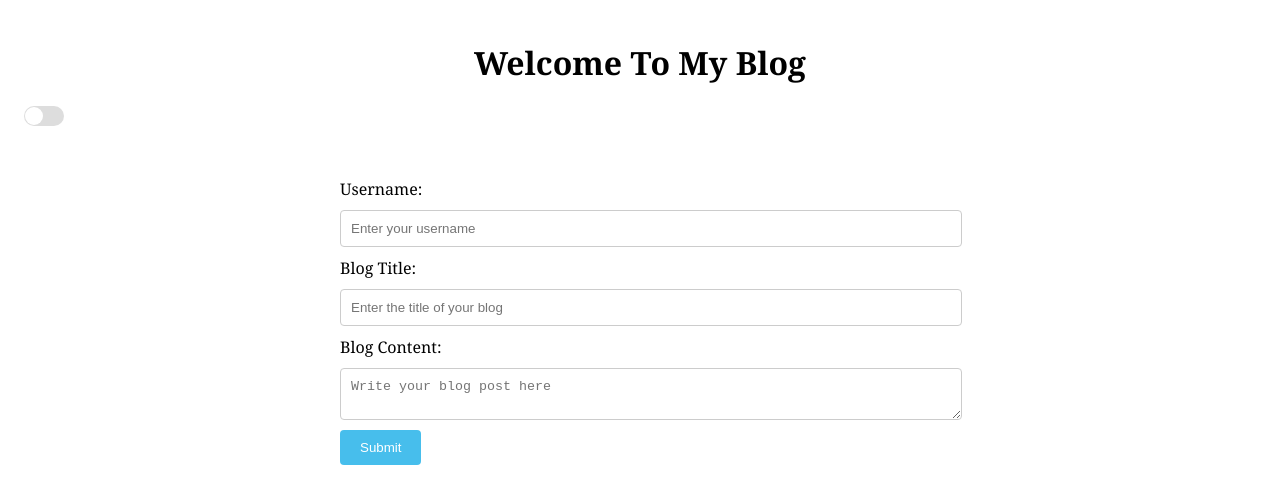
Repository: PaigeC001/WeatherOutlookTracker
Page: Challenge-4/index.html
An editor plug-in stored every save of this project. The page is shown before and after the next save, followed by the edit.
The browser window is 1280 px wide. The pictures show the whole page.

Above is the page before, as saved 2024-06-25 01:10:13.

### Challenge-4/index.html
<!DOCTYPE html>
<html>
<head>
  <title>Blog Form</title>
  <link rel="stylesheet" type="text/css" href="styles.css">
</head>
<body>
  <h1>Welcome To My Blog</h1>
  <div class="toggle-container">
    <input type="checkbox" id="toggle">
    <label for="toggle"></label>
  </div>
  <form>
    <label for="username">Username:</label>
    <input type="text" id="username" placeholder="Enter your username" required>

    <label for="title">Blog Title:</label>
    <input type="text" id="title" placeholder="Enter the title of your blog" required>

    <label for="content">Blog Content:</label>
    <textarea id="content" placeholder="Write your blog post here" required></textarea>

    <button type="submit">Submit</button>
  </form>
  <script src="script.js"></script>
</body>
</html>

### Challenge-4/styles.css
body {
  font-family: Cambria, Cochin, Georgia, Times, 'Times New Roman', serif, sans-serif;
  margin: 0;
  padding: 20px;
}

h1 {
  text-align: center;
}

form {
  max-width: 600px;
  margin: 0 auto;
}

label,
input,
textarea {
  display: block;
  width: 100%;
  margin-bottom: 10px;
}

input[type="text"],
textarea {
  padding: 10px;
  border: 1px solid #ccc;
  border-radius: 4px;
}

button {
  padding: 10px 20px;
  background-color: #47beec;
  color: #fff;
  border: none;
  border-radius: 4px;
  cursor: pointer;
}

button:hover {
  background-color: #192c46;
}

.toggle-container {
    text-align: center;
    margin-bottom: 20px;
  }

  .toggle-container label {
    display: inline-block;
    margin-right: 5px;
  }

  .toggle-container input[type="checkbox"] {
    position: relative;
    width: 40px;
    height: 20px;
    appearance: none;
    -webkit-appearance: none;
    background-color: #ddd;
    outline: none;
    border-radius: 10px;
    cursor: pointer;
  }

  .toggle-container input[type="checkbox"]:before {
    content: '';
    position: absolute;
    top: 1px;
    left: 1px;
    width: 18px;
    height: 18px;
    border-radius: 50%;
    background-color: #fff;
    transition: transform 0.3s ease;
  }

  .toggle-container input[type="checkbox"]:checked:before {
    transform: translateX(20px);
  }

  .dark-mode {
    background-color: #333;
    color: #fff;
  }

  .dark-mode input[type="text"],
  .dark-mode textarea {
    background-color: #555
    color #fff;
  }

### Challenge-4/script.js
const form = document.querySelector('form');

form.addEventListener('submit', function(event) {
  event.preventDefault();

  const username = document.getElementById('username').value;
  const title = document.getElementById('title').value;
  const content = document.getElementById('content').value;

  console.log('Username:', username);
  console.log('Title:', title);
  console.log('Content:', content);

const toggle = document.getElementById('toggle');
const body = document.body;

toggle.addEventListener('change', function() {
  body.classList.toggle('dark-mode');
});
});

const toggle = document.getElementById('toggle');
const body = document.body;

toggle.addEventListener('change', function() {
    body.classList.toggle('dark-mode');
});

After the next save:
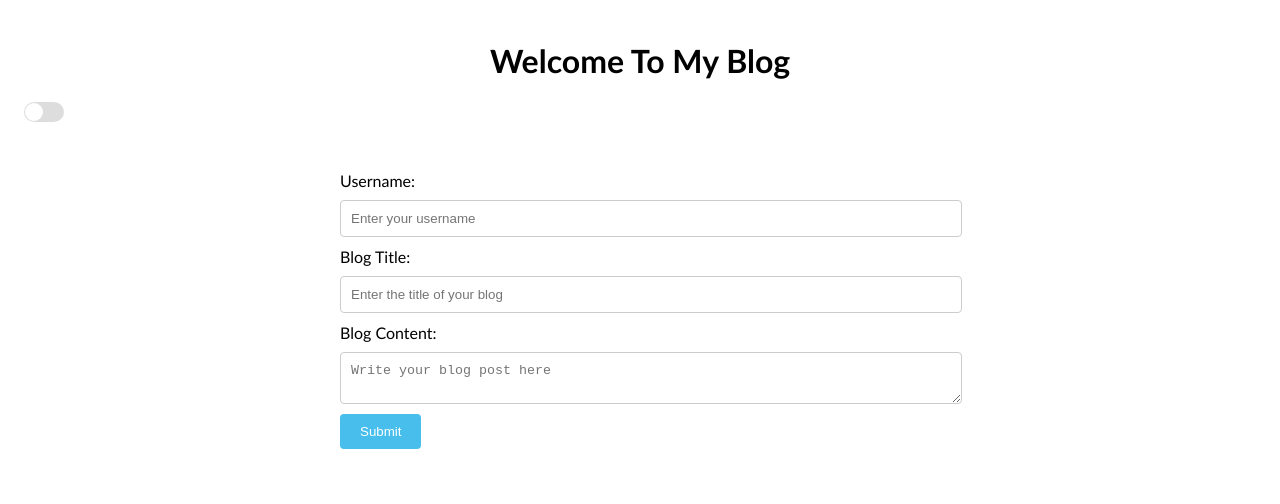
Saved 46 s later.
--- a/Challenge-4/styles.css
+++ b/Challenge-4/styles.css
@@ -1,5 +1,5 @@
 body {
-  font-family: Cambria, Cochin, Georgia, Times, 'Times New Roman', serif, sans-serif;
+  font-family: 'Trebuchet MS', 'Lucida Sans Unicode', 'Lucida Grande', 'Lucida Sans', Arial, sans-serif;
   margin: 0;
   padding: 20px;
 }
